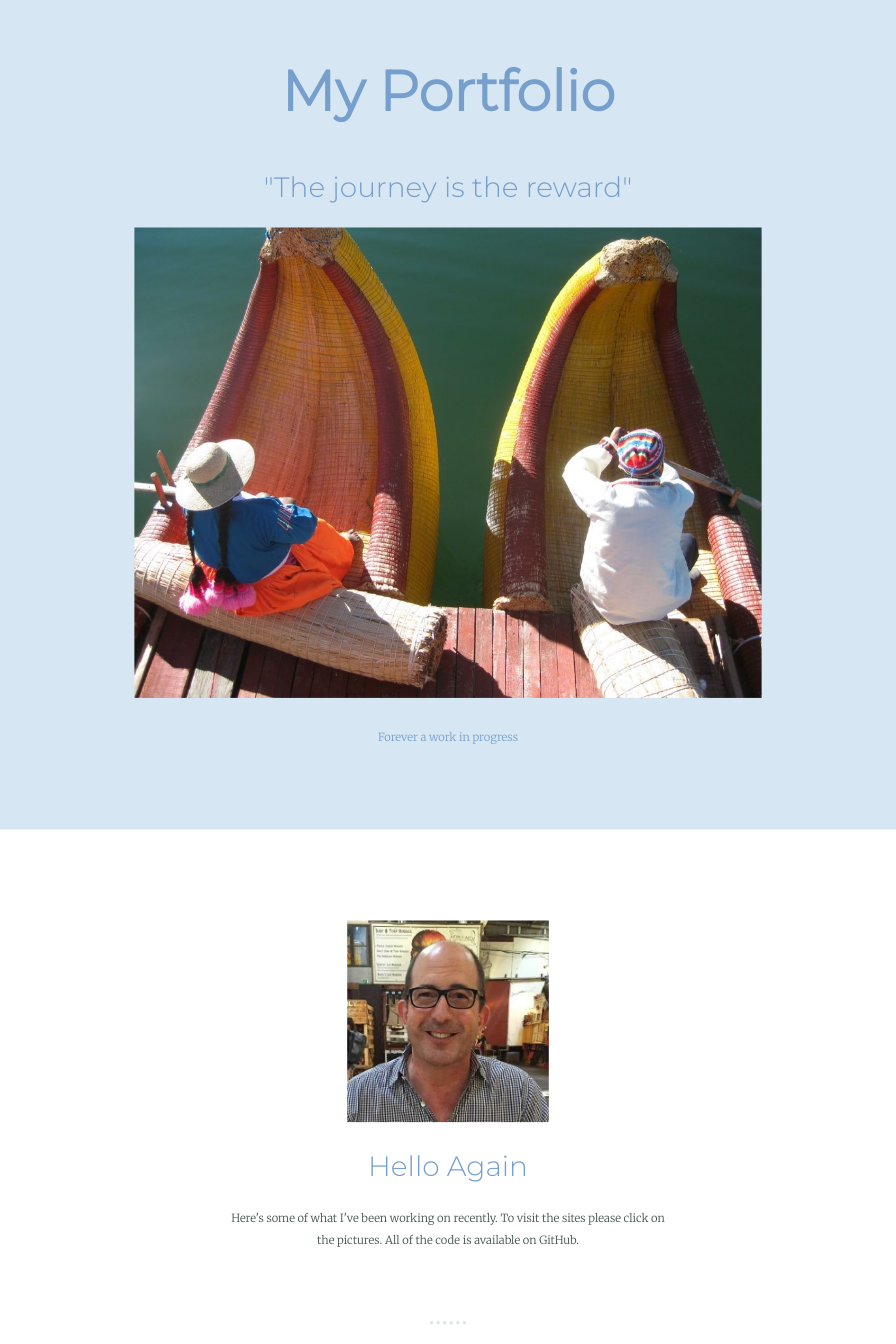
Repository: EpiTao-LLC/Personal_web_page
Page: pages/portfolio.html
These files come from the project's save history. The page is drawn as it stood at one moment and after the next save; the edit follows.
The browser window is 1280 px wide. The pictures show the part of the page from y = 0 to 1920 px (the page is 3320 px tall before and 3305 px after), at 70% of full size.

Above is the page before, as saved 2020-10-12 20:17:44.

After the next save:
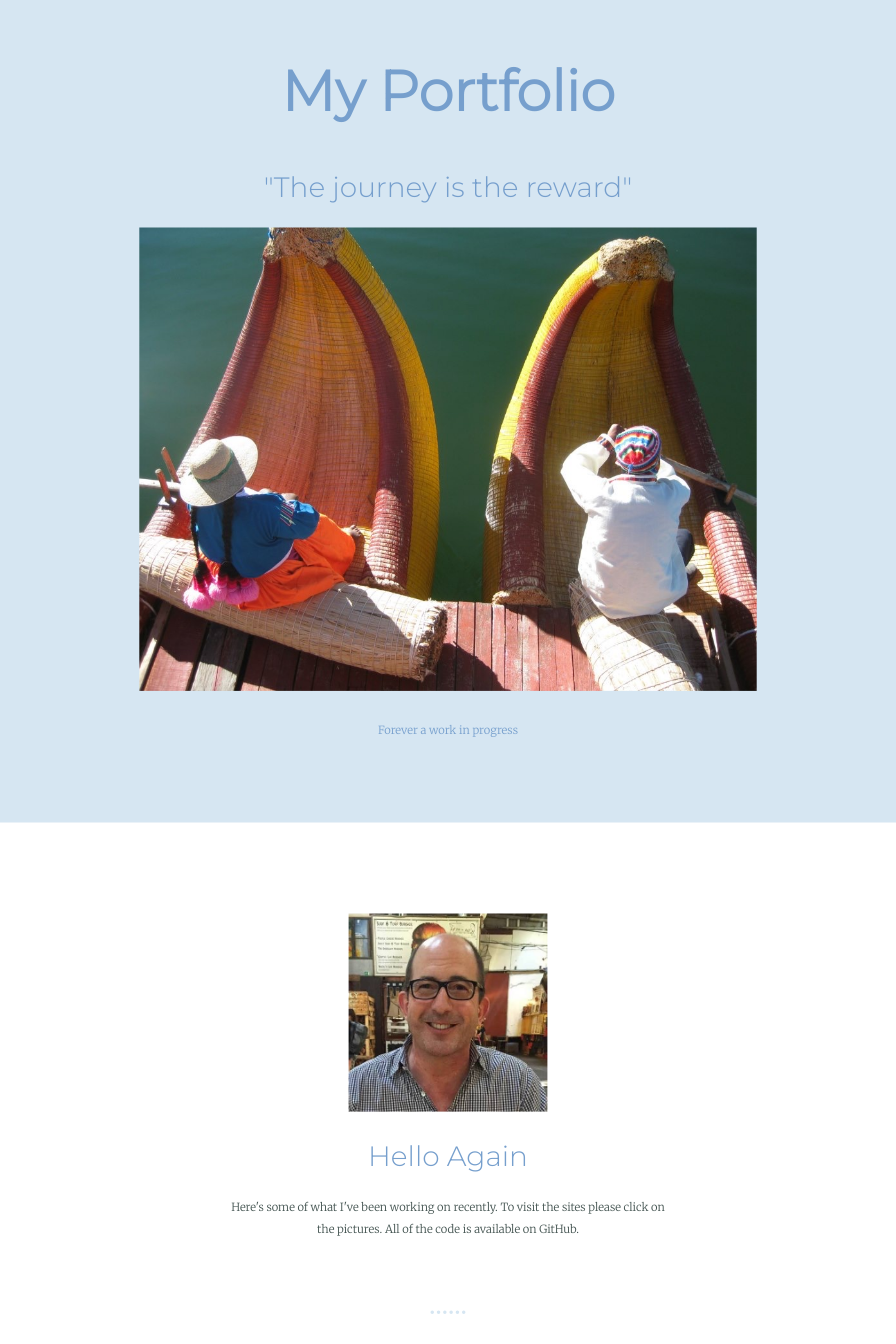
Saved 8 min 8 s later.
--- a/css/styles.css
+++ b/css/styles.css
@@ -41,17 +41,23 @@ hr {
     position: relative;
     padding-top: 50px;
     padding-bottom: 100px;
+    padding-right: 10px;
+    padding-left: 10px;
 }
 .middle-container {
     max-width: 2000px;
     padding-top: 10px;
     padding-bottom: 5px;
+    padding-right: 10px;
+    padding-left: 10px;
     margin: 50px auto 100px auto;
 
 }
 .bottom-container {
     margin-top: 100px;
     padding: 30px 0 50px;
+    padding-right: 10px;
+    padding-left: 10px;
     font-size: 10px;
     background-color: #769FCD;
     color: #f7fbfc  ;
